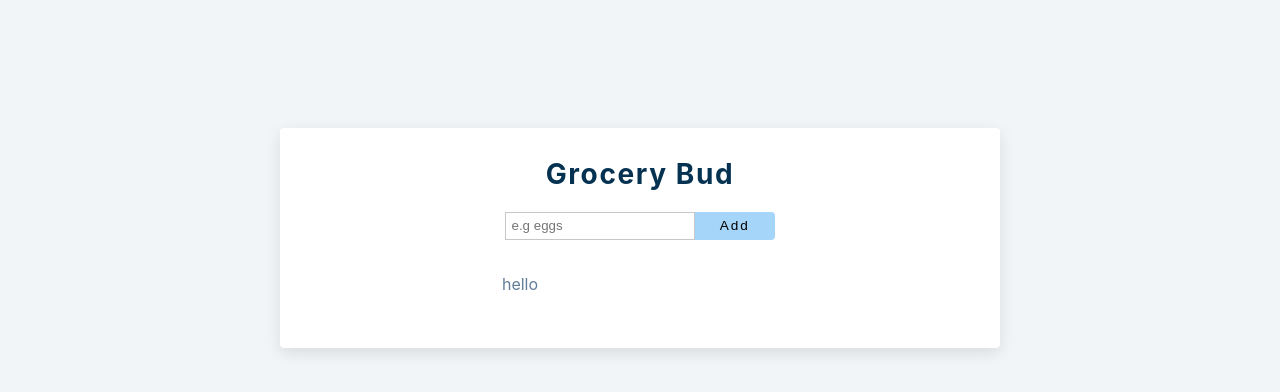
Repository: NavidJalilian/react-projects
Page: / (app in groceryBud-project/)
The author's editor kept a copy of each file at every save. The page is drawn from the files as they stood at one save, then again after the next save.
The browser window is 1280 px wide. The pictures show the whole page.
The project was rebuilt for these pictures with package versions that can differ from the ones it lists, and the page was loaded fresh each time. Also part of the build but not shown: groceryBud-project/src/Alert.js, groceryBud-project/src/Test.js.

Above is the page before, as saved 2022-04-29 00:04:58.

### groceryBud-project/src/index.css
/*
===============
Variables
===============
*/

:root {
  /* dark shades of primary color*/
  --clr-primary-1: hsl(205, 86%, 17%);
  --clr-primary-2: hsl(205, 77%, 27%);
  --clr-primary-3: hsl(205, 72%, 37%);
  --clr-primary-4: hsl(205, 63%, 48%);
  /* primary/main color */
  --clr-primary-5: hsl(205, 78%, 60%);
  /* lighter shades of primary color */
  --clr-primary-6: hsl(205, 89%, 70%);
  --clr-primary-7: hsl(205, 90%, 76%);
  --clr-primary-8: hsl(205, 86%, 81%);
  --clr-primary-9: hsl(205, 90%, 88%);
  --clr-primary-10: hsl(205, 100%, 96%);
  /* darkest grey - used for headings */
  --clr-grey-1: hsl(209, 61%, 16%);
  --clr-grey-2: hsl(211, 39%, 23%);
  --clr-grey-3: hsl(209, 34%, 30%);
  --clr-grey-4: hsl(209, 28%, 39%);
  /* grey used for paragraphs */
  --clr-grey-5: hsl(210, 22%, 49%);
  --clr-grey-6: hsl(209, 23%, 60%);
  --clr-grey-7: hsl(211, 27%, 70%);
  --clr-grey-8: hsl(210, 31%, 80%);
  --clr-grey-9: hsl(212, 33%, 89%);
  --clr-grey-10: hsl(210, 36%, 96%);
  --clr-white: #fff;
  --clr-red-dark: hsl(360, 67%, 44%);
  --clr-red-light: hsl(360, 71%, 66%);
  --clr-green-dark: hsl(125, 67%, 44%);
  --clr-green-light: hsl(125, 71%, 66%);
  --clr-black: #222;
  --transition: all 0.3s linear;
  --spacing: 0.1rem;
  --radius: 0.25rem;
  --light-shadow: 0 5px 15px rgba(0, 0, 0, 0.1);
  --dark-shadow: 0 5px 15px rgba(0, 0, 0, 0.2);
  --max-width: 1170px;
  --fixed-width: 620px;
}
/*
===============
Global Styles
===============
*/

*,
::after,
::before {
  margin: 0;
  padding: 0;
  box-sizing: border-box;
}
body {
  font-family: -apple-system, BlinkMacSystemFont, "Segoe UI", Roboto, Oxygen,
    Ubuntu, Cantarell, "Open Sans", "Helvetica Neue", sans-serif;
  background: var(--clr-grey-10);
  color: var(--clr-grey-1);
  line-height: 1.5;
  font-size: 0.875rem;
}
ul {
  list-style-type: none;
}
input {
  padding: 0.4em;
  outline: none;
  border: none;
  border: 1px solid rgba(128, 128, 128, 0.445);
}
input:focus {
  border-width: 2px;
}
input a {
  text-decoration: none;
}
h1,
h2,
h3,
h4 {
  letter-spacing: var(--spacing);
  text-transform: capitalize;
  line-height: 1.25;
  margin-bottom: 0.75rem;
}
h1 {
  font-size: 3rem;
}
h2 {
  font-size: 2rem;
}
h3 {
  font-size: 1.25rem;
}
h4 {
  font-size: 0.875rem;
}
p {
  margin-bottom: 1.25rem;
  color: var(--clr-grey-5);
}
@media screen and (min-width: 800px) {
  h1 {
    font-size: 4rem;
  }
  h2 {
    font-size: 2.5rem;
  }
  h3 {
    font-size: 1.75rem;
  }
  h4 {
    font-size: 1rem;
  }
  body {
    font-size: 1rem;
  }
  h1,
  h2,
  h3,
  h4 {
    line-height: 1;
  }
}
.btn {
  text-transform: uppercase;
  background: transparent;
  color: var(--clr-black);
  padding: 0.375rem 0.75rem;
  letter-spacing: var(--spacing);
  display: inline-block;
  transition: var(--transition);
  font-size: 0.875rem;
  border: 2px solid var(--clr-black);
  cursor: pointer;
  box-shadow: 0 1px 3px rgba(0, 0, 0, 0.2);
  border-radius: var(--radius);
}
.btn:hover {
  color: var(--clr-white);
  background: var(--clr-black);
}
/* section */
.section {
  padding: 5rem 0;
}

.section-center {
  width: 90vw;
  margin: 0 auto;
  max-width: 45rem;
  margin-top: 8rem;
}
@media screen and (min-width: 992px) {
  .section-center {
    width: 95vw;
  }
}
main {
  min-height: 100vh;
  display: grid;
  place-items: center;
}
/*
===============
Grocery List
===============
*/
.section-center {
  background: var(--clr-white);
  border-radius: var(--radius);
  box-shadow: var(--light-shadow);
  transition: var(--transition);
  padding: 2rem;
}
.section-center:hover {
  box-shadow: var(--dark-shadow);
}
.alert {
  /* margin-bottom: 1rem; */
  height: 1.5rem;
  display: grid;
  align-items: center;
  text-align: center;
  font-size: 0.7rem;
  border-radius: 0.25rem;
  letter-spacing: var(--spacing);
  text-transform: capitalize;
  padding: 0.5em 0;
  animation: enterBounce 0.4s ease-in-out;
}

@keyframes enterBounce {
  0% {
    transform: translateY(19px);
  }
  50% {
    transform: translateY(-10px);
  }
  100% {
    transform: translateY(0);
  }
}

.alert-danger {
  color: #dac8c9;
  font-weight: bold;
  background: #af1320;
}
.alert-success {
  color: white;
  background-color: #208d39;
}
.grocery-form h3 {
  color: var(--clr-primary-1);
  margin-bottom: 1.5rem;
  text-align: center;
}
.form-control {
  display: flex;
  justify-content: center;
}
.grocery {
  padding: 0.25rem;
  padding-left: 1rem;
  background: var(--clr-grey-10);
  border-top-left-radius: var(--radius);
  border-bottom-left-radius: var(--radius);
  border-color: transparent;
  font-size: 1rem;
  flex: 1 0 auto;
  color: var(--clr-grey-5);
}
.grocery::placeholder {
  font-family: var(--ff-secondary);
  color: var(--clr-grey-5);
}
.submit-btn {
  background: var(--clr-primary-8);
  border-color: transparent;
  flex: 0 0 5rem;
  display: grid;
  align-items: center;
  padding: 0.25rem;
  text-transform: capitalize;
  letter-spacing: 2px;
  border-top-right-radius: var(--radius);
  border-bottom-right-radius: var(--radius);
  cursor: pointer;
  content: var(--clr-primary-5);
  transition: var(--transition);
  font-size: 0.85rem;
}
.submit-btn:hover {
  background: var(--clr-primary-5);
  color: var(--clr-white);
}

.grocery-container {
  margin-top: 2rem;
}

.grocery-item {
  display: flex;
  align-items: center;
  justify-content: space-between;
  margin-bottom: 0.5rem;
  transition: var(--transition);
  padding: 0.25rem 1rem;
  border-radius: var(--radius);
  text-transform: capitalize;
}
.grocery-item:hover {
  color: var(--clr-grey-5);
  background: var(--clr-grey-10);
}
.grocery-item:hover .title {
  color: var(--clr-grey-5);
}
.title {
  margin-bottom: 0;
  color: var(--clr-grey-1);
  letter-spacing: 2px;
  transition: var(--transition);
}
.edit-btn,
.delete-btn {
  background: transparent;
  border-color: transparent;
  cursor: pointer;
  font-size: 0.7rem;
  margin: 0 0.15rem;
  transition: var(--transition);
}
.edit-btn {
  color: var(--clr-green-light);
}
.edit-btn:hover {
  color: var(--clr-green-dark);
}
.delete-btn {
  color: var(--clr-red-light);
}
.delete-btn:hover {
  color: var(--clr-red-dark);
}
.clear-btn {
  text-transform: capitalize;
  width: 10rem;
  height: 1.5rem;
  display: grid;
  align-items: center;
  background: transparent;
  border-color: transparent;
  color: var(--clr-red-light);
  margin: 0 auto;
  font-size: 0.85rem;
  letter-spacing: var(--spacing);
  cursor: pointer;
  transition: var(--transition);
  margin-top: 1.25rem;
}
.clear-btn:hover {
  color: var(--clr-red-dark);
}

### groceryBud-project/src/App.js
import React, { useState, useEffect } from "react";
import List from "./List";
import Alert from "./Alert";
import Test from "./Test";
const getLocsaStorage = () => {
  const list = localStorage.getItem("list");
  return list ? JSON.parse(localStorage.getItem("list")) : [];
};
function App() {
  const [name, setName] = useState("");
  const [list, setList] = useState(getLocsaStorage());
  const [isEditing, setIsEditing] = useState(false);
  const [editId, setEditId] = useState(null);
  const [alert, setAlert] = useState({ show: false, msg: "", type: "" });

  useEffect(() => {
    localStorage.setItem("list", JSON.stringify(list));
  }, [list]);
  const removeAlert = (show = false, type = "", msg = "") => {
    setAlert({ show, type, msg });
  };

  function handleSubmit(e) {
    e.preventDefault();
    if (!name) {
      //display alert
      setAlert({ show: true, msg: "Enter item first !", type: "danger" });
    } else if (name && isEditing) {
      //deal with edit
      setList(
        list.map((item) => {
          return item.id === editId ? { ...item, title: name } : item;
        })
      );
      setName("");
      setIsEditing(null);
      setEditId(false);
      setAlert({ show: true, msg: "Item edited !", type: "success" });
    } else {
      //show alert
      const newItem = { id: new Date().getTime().toString(), title: name };
      setList([...list, newItem]);
      setName("");
      setAlert({ show: true, msg: "item added to the list", type: "success" });
    }
  }

  function clearList() {
    if (list.length === 0) {
      setAlert({ show: true, msg: "nothing to delete", type: "danger" });
      return;
    }
    setList([]);
    setAlert({ show: true, msg: "empty list", type: "success" });
    setList([]);
  }

  function removeItem(id) {
    //remove item from list
    const newList = list.filter((item) => item.id !== id);
    setAlert({
      show: true,
      msg: "item removed from the list",
      type: "success",
    });
    setList(newList);
  }

  function editItem(id) {
    const specificItem = list.find((item) => item.id === id);
    setIsEditing(true);
    setEditId(id);
    setName(specificItem.title);
  }

  return (
    <section className="section-center">
      <form
        action=""
        method=""
        className="grocery-form"
        onSubmit={handleSubmit}
      >
        {alert.show && (
          <Alert {...alert} removeAlert={removeAlert} list={list} />
        )}
        <h3>grocery bud</h3>
        <div className="form-control">
          <input
            type="text"
            placeholder="e.g eggs"
            value={name}
            onChange={(e) => setName(e.target.value)}
          />
          <button type="submit" className="submit-btn">
            {isEditing ? "update" : "add"}
          </button>
        </div>
      </form>
      <div className="grocery-container">
        <p style={{ textAlign: "center", marginRight: "15rem" }}>hello</p>
        <List list={list} removeItem={removeItem} editItem={editItem} />
        {list.length > 0 && (
          <button className="clear-btn" onClick={clearList}>
            clear items
          </button>
        )}
      </div>
    </section>
  );
}

export default App;

Loaded but not shown: groceryBud-project/public/index.html (common file); groceryBud-project/src/index.js (common file); groceryBud-project/src/List.js (common file)

After the next save:
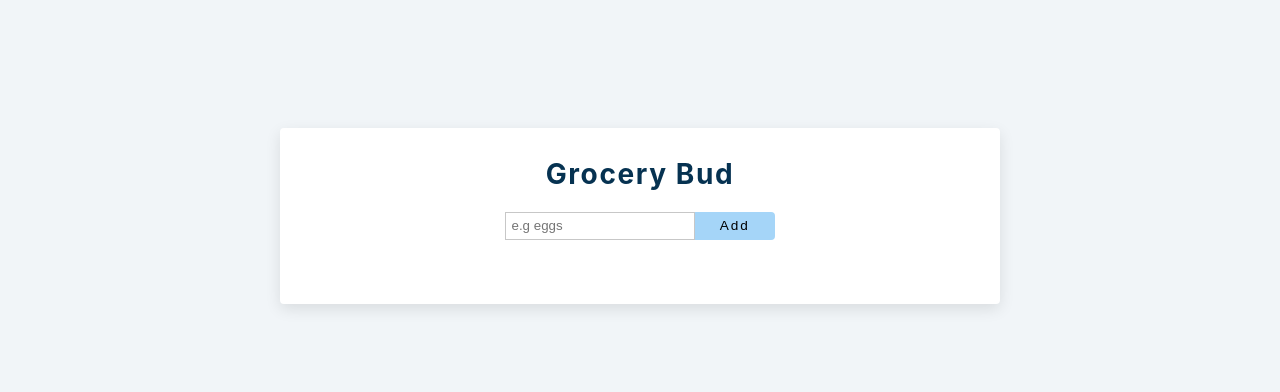
Saved 12 s later.
--- a/groceryBud-project/src/App.js
+++ b/groceryBud-project/src/App.js
@@ -98,7 +98,7 @@ function App() {
         </div>
       </form>
       <div className="grocery-container">
-        <p style={{ textAlign: "center", marginRight: "15rem" }}>hello</p>
+        {/* <p style={{ textAlign: "center", marginRight: "15rem" }}>hello</p> */}
         <List list={list} removeItem={removeItem} editItem={editItem} />
         {list.length > 0 && (
           <button className="clear-btn" onClick={clearList}>
